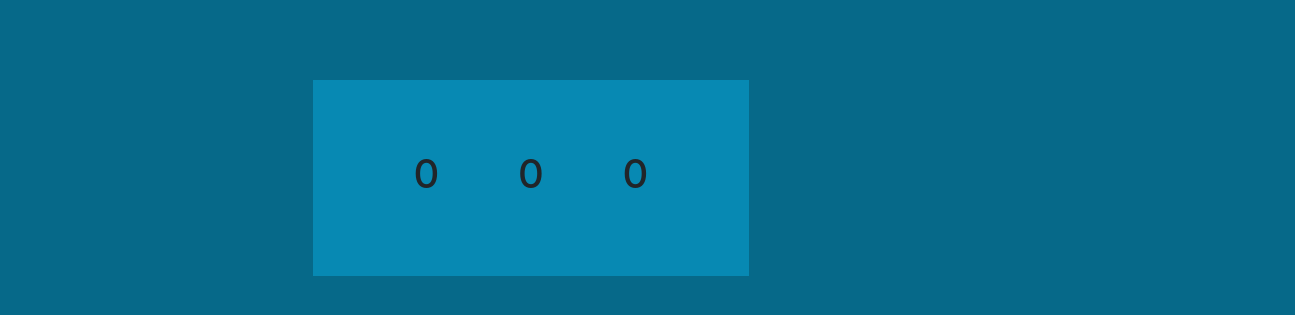
Repository: moiz9265/stopwatch
Page: index.html
An editor plug-in stored every save of this project. The page is shown before and after a run of saves, followed by the edit.
The browser window is 1280 px wide. The page is 1295 px wide, so the pictures cover 1295 px, including what lies to the right of the window. The pictures show the whole page.

Above is the page before, as saved 2020-07-09 22:56:53.

After the next 2 saves:
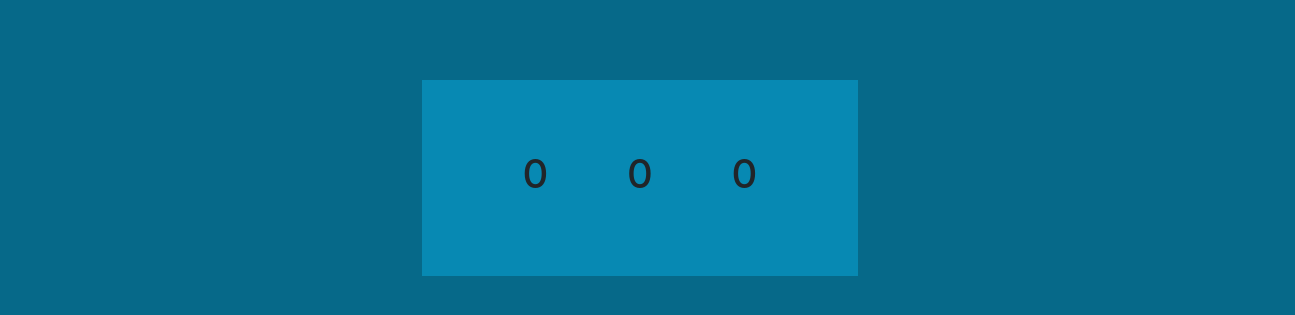
The 2 saves are shown as one change because they came seconds apart.
The last was saved 7 s later.
--- a/index.html
+++ b/index.html
@@ -13,7 +13,7 @@
   <body>
       <!-- <h1  style="text-align: center;">Stop Watch</h1> -->
         <div class="row" style="margin-top: 80px;">
-            <div class="col-md-3">
+            <div class="col-md-4">
 
             </div>
             <div id="maindiv" style=" text-align: center;" class="col-sm-12 col-md-4">
@@ -22,7 +22,7 @@
                 <h1>0</h1>
                 <!-- <h1>0</h1> -->
             </div>
-            <div class="col-md-3">
+            <div class="col-md-4">
 
             </div>
 
